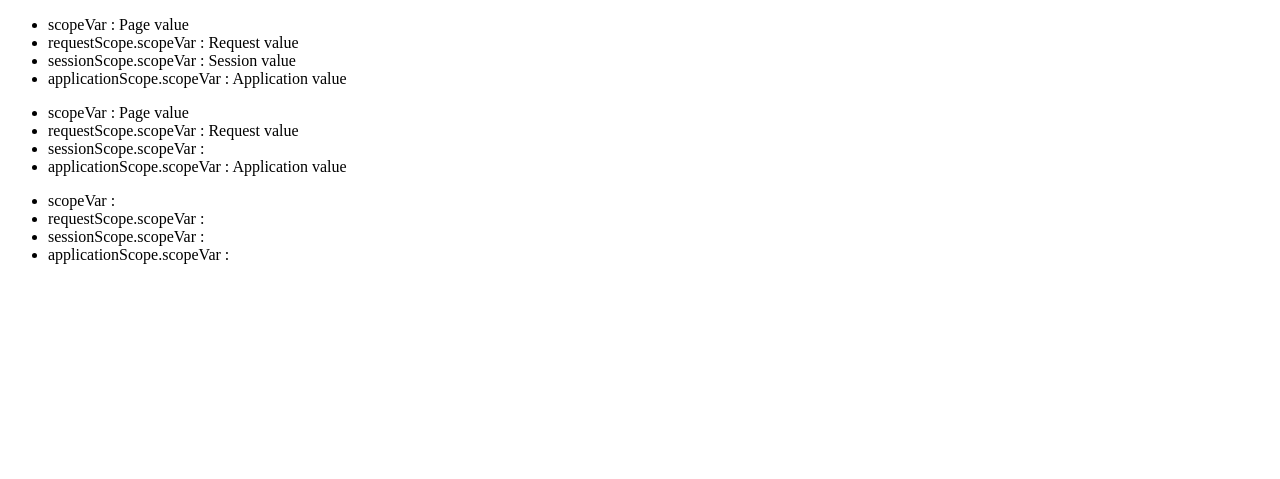
Repository: parkho96/testnum2
Page: http://localhost/jspstudy/11JSTL/CoreRemove.jsp
These files come from the project's save history. The page is drawn as it stood at one moment and after the next save; the edit follows.
The browser window is 1280 px wide. The pictures show the whole page.
The page is served by Tomcat 9. Other server files are loaded and not shown.

Above is the page before, as saved 2023-04-10 01:58:49.

### workjsp/jspstudy/src/main/webapp/11JSTL/CoreRemove.jsp
<%@ page language="java" contentType="text/html; charset=UTF-8"
    pageEncoding="UTF-8"%>
<%@ taglib prefix="c" uri="http://java.sun.com/jsp/jstl/core" %>
<!-- 변수 선언  scope의 디폴트 값은 page라서 굳이 입력 안해도 됨-->
<c:set var="scopeVar" value="Page value"/>
<c:set var="scopeVar" value="Request value" scope="request" />
<c:set var="scopeVar" value="Session value" scope="session" />
<c:set var="scopeVar" value="Application value" scope="application" />
<!DOCTYPE html>
<html>
<head>
<meta charset="UTF-8">
<title>JSTL core remove</title>
</head>
<body>

	<ul>
		<li>scopeVar : ${scopeVar}</li>
		<li>requestScope.scopeVar : ${requestScope.scopeVar}</li>
		<li>sessionScope.scopeVar : ${sessionScope.scopeVar}</li>
		<li>applicationScope.scopeVar : ${applicationScope.scopeVar}</li>
	</ul>


	<c:remove var="scopeVar" scope="session"/>
	<ul>
		<li>scopeVar : ${scopeVar}</li>
		<li>requestScope.scopeVar : ${requestScope.scopeVar}</li>
		<li>sessionScope.scopeVar : ${sessionScope.scopeVar}</li>
		<li>applicationScope.scopeVar : ${applicationScope.scopeVar}</li>
	</ul>


	<!-- 값을 설정 안하면 다 지움 -->
	<c:remove var="scopeVar"/>
	<ul>
		<li>scopeVar : ${scopeVar}</li>
		<li>requestScope.scopeVar : ${requestScope.scopeVar}</li>
		<li>sessionScope.scopeVar : ${sessionScope.scopeVar}</li>
		<li>applicationScope.scopeVar : ${applicationScope.scopeVar}</li>
	</ul>


</body>
</html>

After the next save:
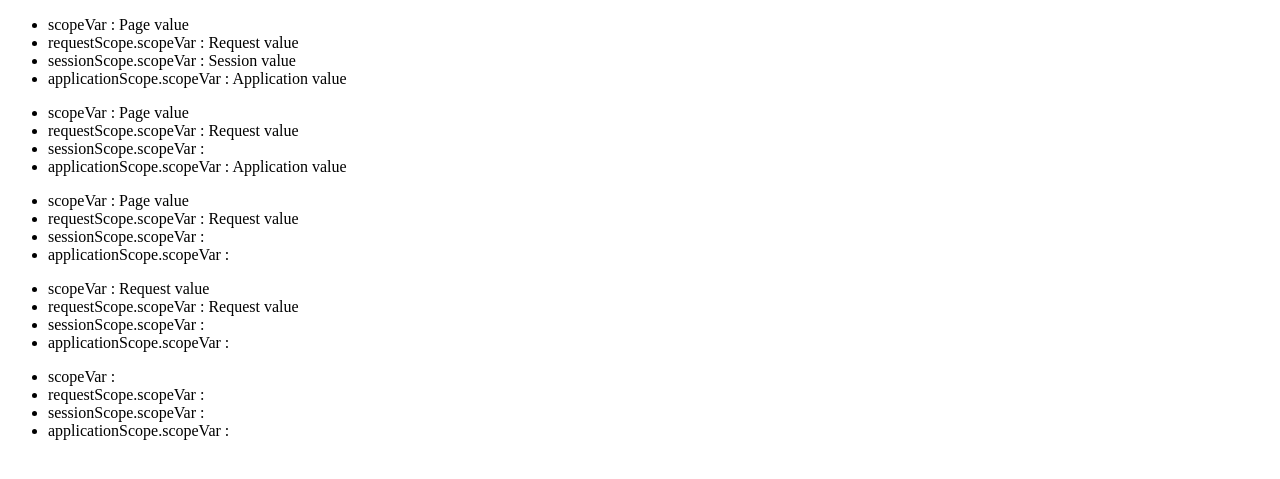
Saved 29 s later.
--- a/workjsp/jspstudy/src/main/webapp/11JSTL/CoreRemove.jsp
+++ b/workjsp/jspstudy/src/main/webapp/11JSTL/CoreRemove.jsp
@@ -30,6 +30,21 @@
 		<li>applicationScope.scopeVar : ${applicationScope.scopeVar}</li>
 	</ul>
 
+	<c:remove var="scopeVar" scope="application"/>
+	<ul>
+		<li>scopeVar : ${scopeVar}</li>
+		<li>requestScope.scopeVar : ${requestScope.scopeVar}</li>
+		<li>sessionScope.scopeVar : ${sessionScope.scopeVar}</li>
+		<li>applicationScope.scopeVar : ${applicationScope.scopeVar}</li>
+	</ul>
+
+	<c:remove var="scopeVar" scope="page"/>
+	<ul>
+		<li>scopeVar : ${scopeVar}</li>
+		<li>requestScope.scopeVar : ${requestScope.scopeVar}</li>
+		<li>sessionScope.scopeVar : ${sessionScope.scopeVar}</li>
+		<li>applicationScope.scopeVar : ${applicationScope.scopeVar}</li>
+	</ul>
 
 	<!-- 값을 설정 안하면 다 지움 -->
 	<c:remove var="scopeVar"/>
